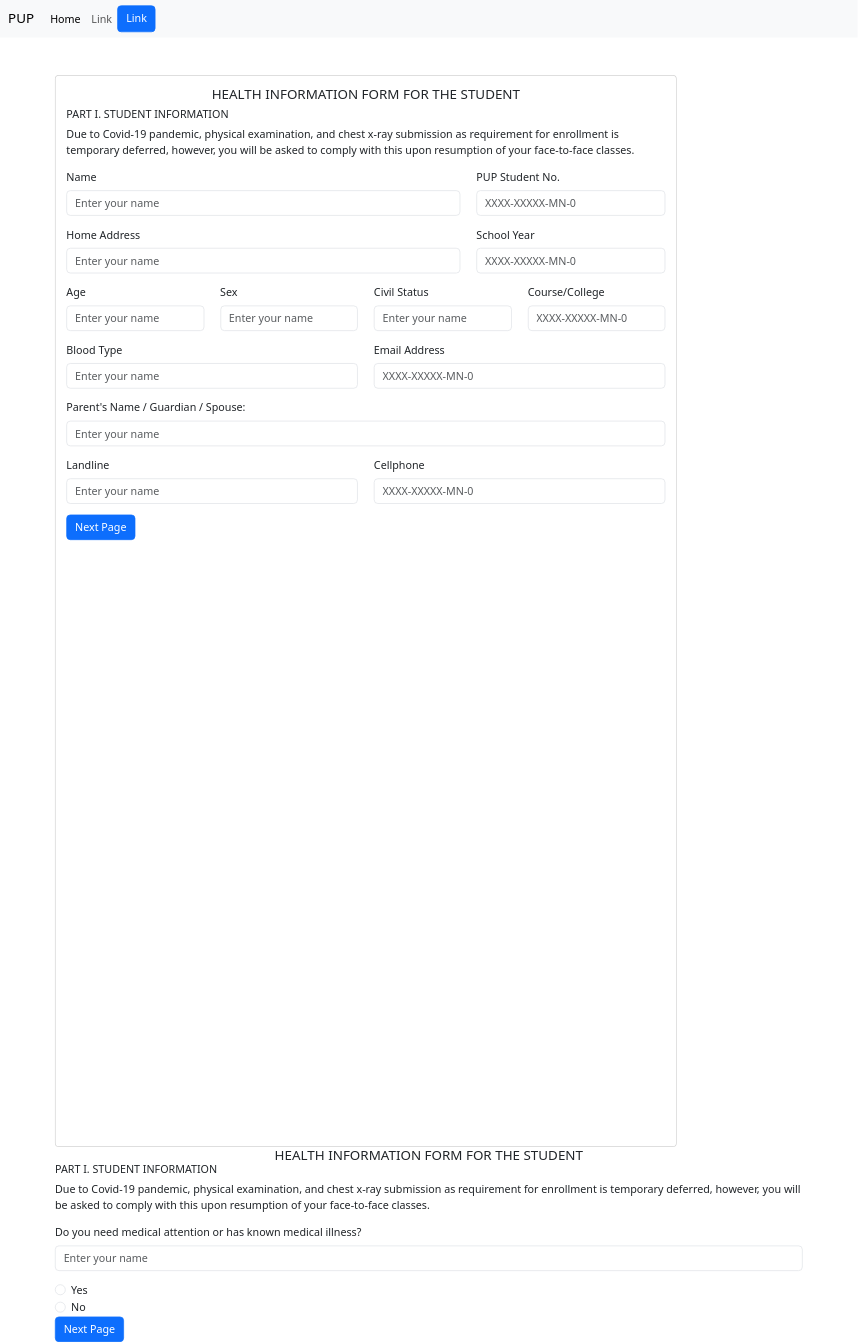
Repository: Nicktacku/webdev
Page: form.html
The author's editor kept a copy of each file at every save. The page is drawn from the files as they stood at one save, then again after the next save.
The browser window is 1280 px wide. The pictures show the whole page, at 67% of full size.

Above is the page before, as saved 2024-07-15 18:12:08.

### form.html
<!DOCTYPE html>
<html lang="en">
  <head>
    <meta charset="UTF-8" />
    <meta name="viewport" content="width=device-width, initial-scale=1.0" />
    <title>Document</title>
    <link
      href="https://cdn.jsdelivr.net/npm/bootstrap@5.3.3/dist/css/bootstrap.min.css"
      rel="stylesheet"
      integrity="sha384-QWTKZyjpPEjISv5WaRU9OFeRpok6YctnYmDr5pNlyT2bRjXh0JMhjY6hW+ALEwIH"
      crossorigin="anonymous"
    />
  </head>
  <body>
    <!-- Navbar -->
    <nav class="navbar navbar-expand-lg bg-body-tertiary">
        <div class="container-fluid">
          <a class="navbar-brand" href="#">PUP</a>
          <button
            class="navbar-toggler"
            type="button"
            data-bs-toggle="collapse"
            data-bs-target="#navbarSupportedContent"
            aria-controls="navbarSupportedContent"
            aria-expanded="false"
            aria-label="Toggle navigation"
          >
            <span class="navbar-toggler-icon"></span>
          </button>
          <div class="collapse navbar-collapse" id="navbarSupportedContent">
            <ul class="navbar-nav me-auto mb-2 mb-lg-0">
              <li class="nav-item">
                <a class="nav-link active" aria-current="page" href="#">Home</a>
              </li>
              <li class="nav-item">
                <a class="nav-link" href="#">Link</a>
              </li>

              <a class="btn btn-primary" href="form.html" role="button">Link</a>
          </div>
        </div>
      </nav>

    <div
      class="container mt-2 pt-5"
    >


    <div class="card" style="width: 58rem; height: 100rem">

        <!-- section 1 -->
        <div class="card-body" id="section-1">
          <h5 class="card-title d-flex justify-content-center">HEALTH INFORMATION FORM FOR THE STUDENT</h5>
          <h6 class="card-text">PART I. STUDENT INFORMATION</h6>
          <p class="card-text">Due to Covid-19 pandemic, physical examination, and chest x-ray submission as requirement for enrollment is
            temporary deferred, however, you will be asked to comply with this upon resumption of your face-to-face classes.</p>

            <div class="row">
                <div class="col-8">
                    <div class="mb-3">
                        <label for="name" class="form-label">Name</label>
                        <input type="text" class="form-control" id="name-input" placeholder="Enter your name">
                      </div>
                </div>
                <div class="col">
                    <div class="mb-3">
                        <label for="name" class="form-label">PUP Student No.</label>
                        <input type="text" class="form-control" id="name-input" placeholder="XXXX-XXXXX-MN-0">
                      </div>
                </div>
            </div>

            <div class="row">
                <div class="col-8">
                    <div class="mb-3">
                        <label for="name" class="form-label">Home Address</label>
                        <input type="text" class="form-control" id="name-input" placeholder="Enter your name">
                      </div>
                </div>
                <div class="col">
                    <div class="mb-3">
                        <label for="name" class="form-label">School Year</label>
                        <input type="text" class="form-control" id="name-input" placeholder="XXXX-XXXXX-MN-0">
                      </div>
                </div>
            </div>

            <div class="row">
                <div class="col-3">
                    <div class="mb-3">
                        <label for="name" class="form-label">Age</label>
                        <input type="text" class="form-control" id="name-input" placeholder="Enter your name">
                      </div>
                </div>
                <div class="col-3">
                    <div class="mb-3">
                        <label for="name" class="form-label">Sex</label>
                        <input type="text" class="form-control" id="name-input" placeholder="Enter your name">
                      </div>
                </div>
                <div class="col-3">
                    <div class="mb-3">
                        <label for="name" class="form-label">Civil Status</label>
                        <input type="text" class="form-control" id="name-input" placeholder="Enter your name">
                      </div>
                </div>
                <div class="col">
                    <div class="mb-3">
                        <label for="name" class="form-label">Course/College</label>
                        <input type="text" class="form-control" id="name-input" placeholder="XXXX-XXXXX-MN-0">
                      </div>
                </div>
            </div>

            <div class="row">
                <div class="col-6">
                    <div class="mb-3">
                        <label for="name" class="form-label">Blood Type</label>
                        <input type="text" class="form-control" id="name-input" placeholder="Enter your name">
                      </div>
                </div>
                <div class="col">
                    <div class="mb-3">
                        <label for="name" class="form-label">Email Address</label>
                        <input type="text" class="form-control" id="name-input" placeholder="XXXX-XXXXX-MN-0">
                      </div>
                </div>
            </div>

            <div class="row">
                <div class="col">
                    <div class="mb-3">
                        <label for="name" class="form-label">Parent's Name / Guardian / Spouse:</label>
                        <input type="text" class="form-control" id="name-input" placeholder="Enter your name">
                      </div>
                </div>
            </div>

            <div class="row">
                <div class="col-6">
                    <div class="mb-3">
                        <label for="name" class="form-label">Landline</label>
                        <input type="text" class="form-control" id="name-input" placeholder="Enter your name">
                      </div>
                </div>
                <div class="col">
                    <div class="mb-3">
                        <label for="name" class="form-label">Cellphone</label>
                        <input type="text" class="form-control" id="name-input" placeholder="XXXX-XXXXX-MN-0">
                      </div>
                </div>
            </div>

          <a href="#" class="btn btn-primary">Next Page</a>
        </div>
      </div>

      <!-- Section 2 -->
      <div class="card-body" id="section-2">
        <h5 class="card-title d-flex justify-content-center">HEALTH INFORMATION FORM FOR THE STUDENT</h5>
        <h6 class="card-text">PART I. STUDENT INFORMATION</h6>
        <p class="card-text">Due to Covid-19 pandemic, physical examination, and chest x-ray submission as requirement for enrollment is
          temporary deferred, however, you will be asked to comply with this upon resumption of your face-to-face classes.</p>

          <div class="row">
            <div class="col">
                <div class="mb-3">
                    <label for="name" class="form-label">Do you need medical attention or has known medical illness?</label>
                    <input type="text" class="form-control" id="name-input" placeholder="Enter your name">
                </div>
                <div class="form-check">
                    <input class="form-check-input" type="radio" name="flexRadioDefault" id="flexRadioDefault1">
                    <label class="form-check-label" for="flexRadioDefault1">
                      Yes
                    </label>
                  </div>
                  <div class="form-check">
                    <input class="form-check-input" type="radio" name="flexRadioDefault" id="flexRadioDefault2">
                    <label class="form-check-label" for="flexRadioDefault2">
                      No
                    </label>
                  </div>
            </div>
          </div>

        <a href="#" class="btn btn-primary">Next Page</a>
      </div>
    </div>


    <script
      src="https://cdn.jsdelivr.net/npm/bootstrap@5.3.3/dist/js/bootstrap.bundle.min.js"
      integrity="sha384-YvpcrYf0tY3lHB60NNkmXc5s9fDVZLESaAA55NDzOxhy9GkcIdslK1eN7N6jIeHz"
      crossorigin="anonymous"
    ></script>
  </body>
</html>

After the next save:
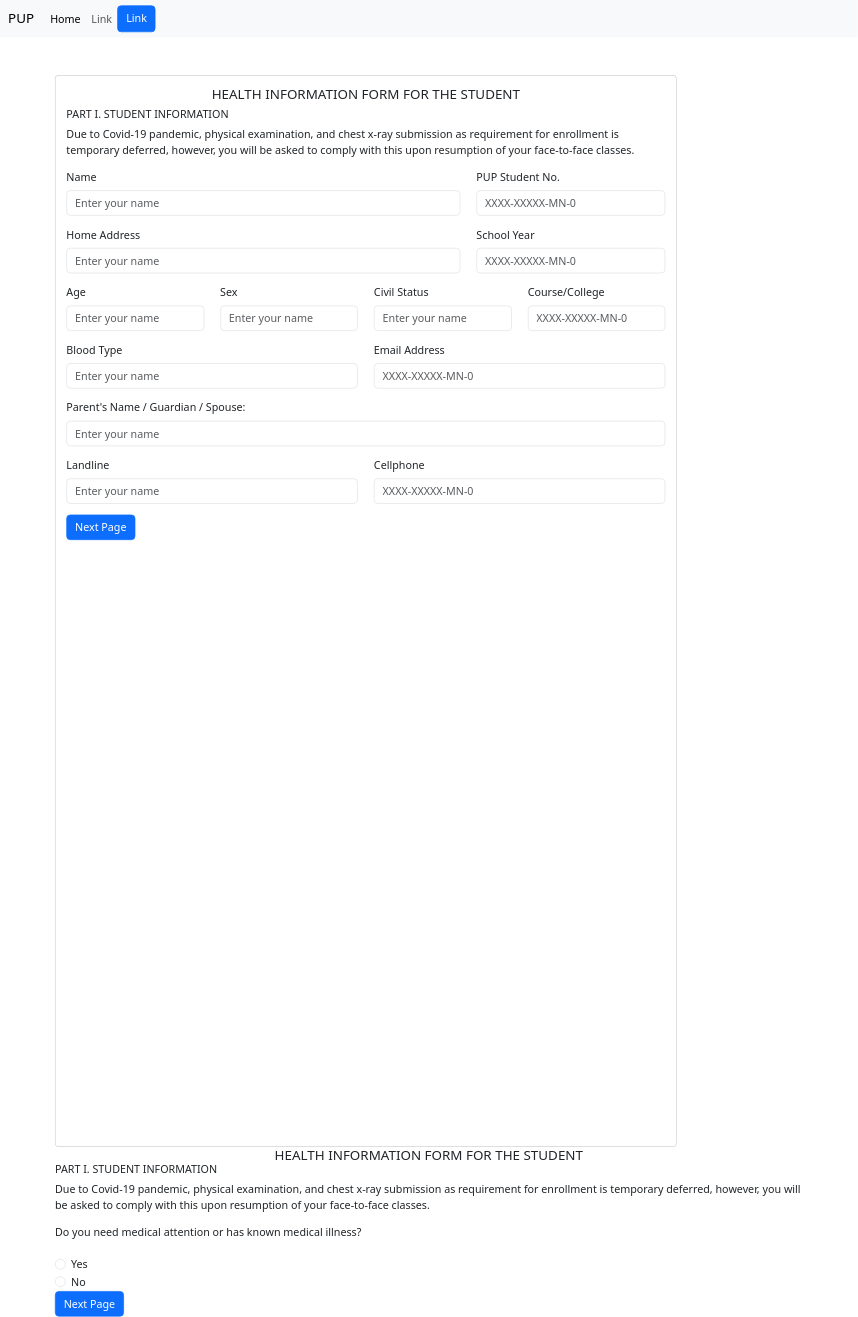
Saved 2 min 58 s later.
--- a/form.html
+++ b/form.html
@@ -166,7 +166,6 @@
             <div class="col">
                 <div class="mb-3">
                     <label for="name" class="form-label">Do you need medical attention or has known medical illness?</label>
-                    <input type="text" class="form-control" id="name-input" placeholder="Enter your name">
                 </div>
                 <div class="form-check">
                     <input class="form-check-input" type="radio" name="flexRadioDefault" id="flexRadioDefault1">
